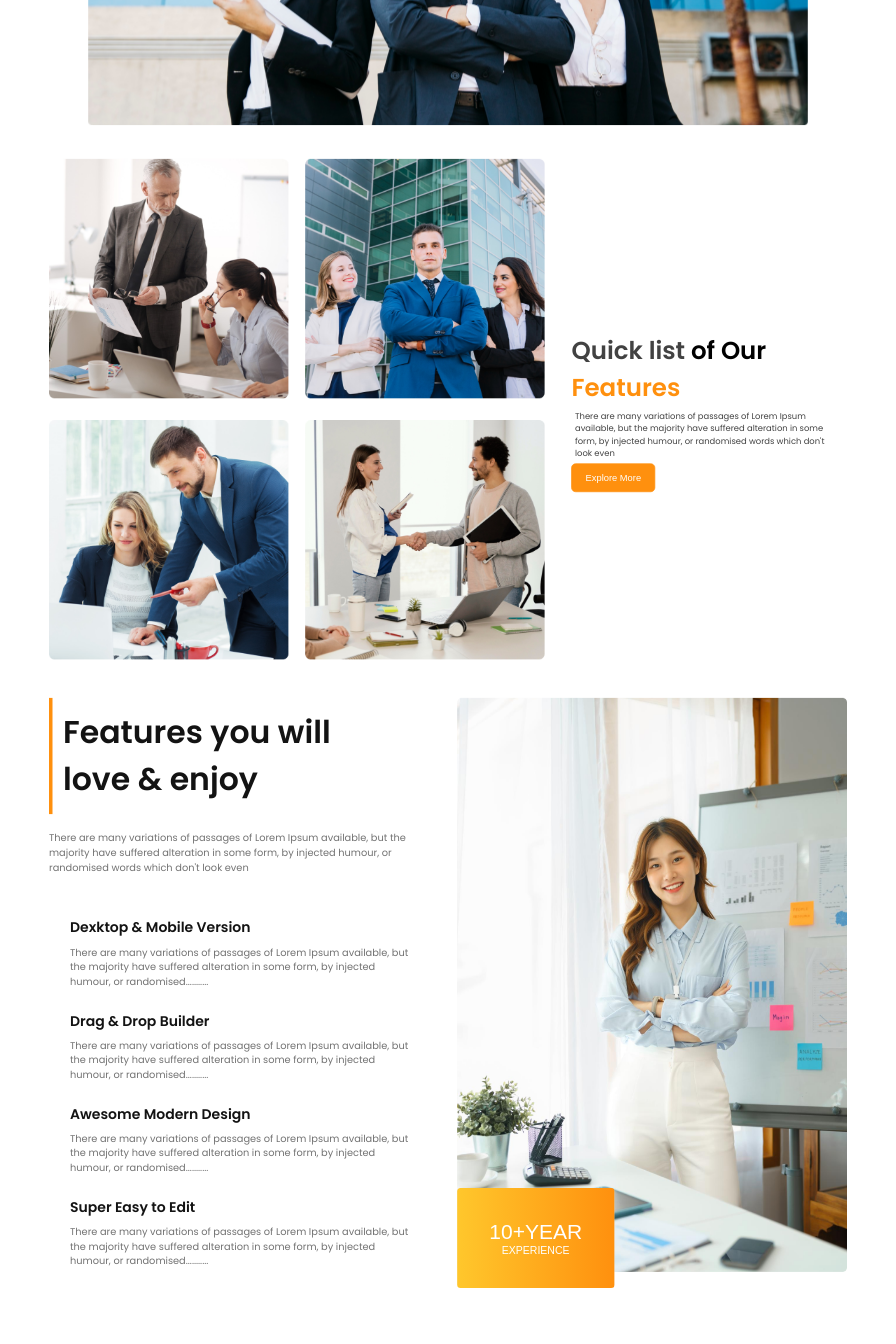
Repository: mdrubel02/G3_Architects
Page: index.html
An editor plug-in stored every save of this project. The page is shown before and after the next save, followed by the edit.
The browser window is 1280 px wide. The pictures show the part of the page from y = 750 to 2670 px (the page is 2670 px tall), at 70% of full size.

Above is the page before, as saved 2023-01-15 10:21:28.

### index.html
<!DOCTYPE html>
<html lang="en">

<head>
    <meta charset="UTF-8">
    <meta http-equiv="X-UA-Compatible" content="IE=edge">
    <meta name="viewport" content="width=device-width, initial-scale=1.0">
    <title>G3 Architects</title>
    <!-------- css link ---------->
    <link rel="stylesheet" href="/style.css">
</head>

<body>
    <!------------- Header section ----------->
    <header class="container">
        <nav>
            <div class="logo">
                <h2>G3 Architects</h2>
            </div>
            <ul class="navigation">
                <li><a href="">Home</a></li>
                <li><a href="">About</a></li>
                <li><a href="">Contact Us</a></li>
                <li><a href="">Login</a></li>
            </ul>
        </nav>
    </header>
    <!----------------- Banner section ---------------->
    <section class="container">
        <div class="banner_section">
            <div class="banner_left">
                <h1>Brand New Group of Architects
                </h1>
                <p>There are many variations of passages of Lorem Ipsum available, but the majority have suffered alteration in some form, by injected humour, or randomised words which don't look even</p>
                <button class="btn-primary">Explore More</button>
            </div>
            <div class="banner_right">
                <img class="banner" src="./images/banner.png" alt="">
            </div>
        </div>
    </section>
    <!------------------ Features Section----------->
    <section class="container">
        <div class="features_section">
            <div class="features_left">
                <div class="features_photos">
                    <img src="./images/team1.png" alt="">
                </div>
                <div class="features_photos">
                    <img src="./images/team2.png" alt="">
                </div>
                <div class="features_photos">
                    <img src="./images/team3.png" alt="">
                </div>
                <div class="features_photos">
                    <img src="./images/team4.png" alt="">
                </div>
            </div>
            <div class="features_right">
                <h1><span class="list">Quick list</span> <span class="our">of Our</span> <span class="feature">Features</span></h1>
                <p>There are many variations of passages of Lorem Ipsum available, but the majority have suffered alteration in some form, by injected humour, or randomised words which don't look even</p>
                <button class="btn btn-secondary">Explore More</button>
            </div>
        </div>
    </section>
    <!------------------features_destiny ----------->
    <section class="container">
        <div class="features_destiny">
            <div class="features_destiny_left">
                <div class="features_destiny_title">
                    <h1>Features you will love & enjoy</h1>
                </div>
                <p>There are many variations of passages of Lorem Ipsum available, but the majority have suffered alteration in some form, by injected humour, or randomised words which don't look even</p>
                <div class="feature_destiny_body">
                    <h3>Dexktop & Mobile Version</h3>
                    <p>There are many variations of passages of Lorem Ipsum available, but the majority have suffered alteration in some form, by injected humour, or randomised...........</p>
                    <h3>Drag & Drop Builder</h3>
                    <p>There are many variations of passages of Lorem Ipsum available, but the majority have suffered alteration in some form, by injected humour, or randomised...........</p>
                    <h3>Awesome Modern Design</h3>
                    <p>There are many variations of passages of Lorem Ipsum available, but the majority have suffered alteration in some form, by injected humour, or randomised...........</p>
                    <h3>Super Easy to Edit</h3>
                    <p>There are many variations of passages of Lorem Ipsum available, but the majority have suffered alteration in some form, by injected humour, or randomised...........</p>
                </div>

            </div>
            <div class="features_destiny_right">
                <img src="./images/architect.png" alt="">
                <button class="experience_btn"><a href="">10+Year
                    <span>Experience</span></a></button>
            </div>
        </div>
    </section>
</body>

</html>

### style.css
/* =====GOOGLE FONTS====== */
@import url('https://fonts.googleapis.com/css2?family=Poppins:wght@300;400;500;600&display=swap');

/* =====COMMON STYLES====== */
* {
    margin: 0;
    padding: 0;
    border: 0;
    outline: 0;
    list-style: none;
    text-decoration: none;
}

body {
    font-family: 'Poppins', sans-serif;
}
.container {
    max-width: 1200px;
    margin: 0 auto;
    padding: 0 30px;
    margin-bottom: 3rem;
    box-sizing: border-box;
}

a {
    color: #fff;
    transition: all 400ms ease;
}

a:hover {
    color: #fff;
}

.btn {
    text-align: center;
    width: max-content;
    display: inline-block;
    color: #fff;
    padding: 0.75rem 1.2rem;
    border-radius: 0.4rem;
    border: 1px solid #FF900E;
    transition: all 400ms ease;
    cursor: pointer;
}
.btn-secondary {
    background: #FF900E;
    color: #fff;
}
.btn:hover {
    background: #fff;
    color:  #FF900E;
    border: 1px solid  #FF900E;
}

.btn-primary {
    outline: 0;
    border: 0;
    padding: 15px 20px;
    color: #fff;
    font-size: 18px;
    text-transform: uppercase;
    border-radius: 5px;
    background-image: linear-gradient(90deg, #FF900E, #FFC72C);
    cursor: pointer;
    box-shadow:0 7px 0 #FF900E ;
    position: relative;
    top: 0;
}
.btn-primary:active{
    top: 5px;
    box-shadow:0 2px 0 #FF900E ;
}
/*<=============== style header section=================> */
nav{
    display: flex;
    justify-content: space-between;
    height: 80px;
    align-items: center;
}
.navigation{
    display: flex;
}
.navigation li{
    list-style: none;
    margin: 10px;
}
.navigation li a{
    color: #424242;
    font-size: 20px;
    font-weight: 500;
    text-decoration: none;
    padding: 15px 10px;
}
.logo h2{
    font-size: 40px;
    font-weight: 700;
    /* text-align: center; */
}
/* <=============== banner section style ===============> */
.banner_section{
    display: flex;
    flex-direction: column;
    justify-content: center;
    align-items: center;
    gap: 3rem;
}
.banner_left{
    display: flex;
    flex-direction: column;
    justify-content: center;
    align-items: center;
    text-align: center;

}
.banner_left h1{
    font-size: 50px;
    font-weight: 700;
    color: #131313;
    width: 700px;
}
.banner_left p{
    color: #727272;
    font-size: 14px;
    width: 800px;
    text-align: center;
    padding: 5px;
}
.banner_right{
    width: 100%;
    display: flex;
    overflow: hidden;
    justify-content: center;
    align-items: center;
}
.banner{
    height: 500px;
}
/* ============== Style Feature section ============= */
.features_section{
    display: grid;
    grid-template-columns: 1fr 1fr;
    gap: 2.4rem;
}
.features_left{
    display: grid;
    grid-template-columns: repeat(2, 1fr);
    gap: 1.5rem;
}
.features_right{
    display: flex;
    flex-direction: column;
    justify-content: center;
    align-items: flex-start;
}
.features_right h1{
    font-size: 35px;
    font-weight: 700;
}
.features_right p{
    color: #424242;
    font-size: 12px;
    padding: 5px;
}
.list{
    color: #424242;
}
.feature{
    color: #FF900E;
}
/*============== Style features_destiny ============== */
.features_destiny{
    display: grid;
    grid-template-columns: repeat(2, 1fr);
    gap: 2rem;
}
.features_destiny_title{
    color: #131313;
    font-size: 30px;
    width: 450px;
    font-weight: 700;
    position: relative;
    border-left: 5px solid  #FF900E;
    padding: 15px;
    margin-bottom: 24px;
}
.features_destiny_left p{
    font-size: 14px;
    color: #727272;
    margin-bottom: 30px;
}
.feature_destiny_body{
    padding: 30px;
}
.feature_destiny_body h3{
    font-size: 20px;
    font-weight: 600;
    color: #131313;
    margin-bottom: 10px;
}
.features_destiny_right{
    width: 80%;
    position: relative;
}
.features_destiny_right img{
    width: 557px;
    height: 820px;
}
.experience_btn{
    outline: 0;
    border: 0;
    padding: 46px;
    color: #fff;
    font-size: 18px;
    text-transform: uppercase;
    border-radius: 5px;
    background-image: linear-gradient(90deg, #FFC72C, #FF900E);
    cursor: pointer;
    position: absolute;
    top: 80%;
    left: 0;
}
.experience_btn a{
    font-size: 30px;
}
.experience_btn a span{
    font-size: 15px;
    display: block;
}

After the next save:
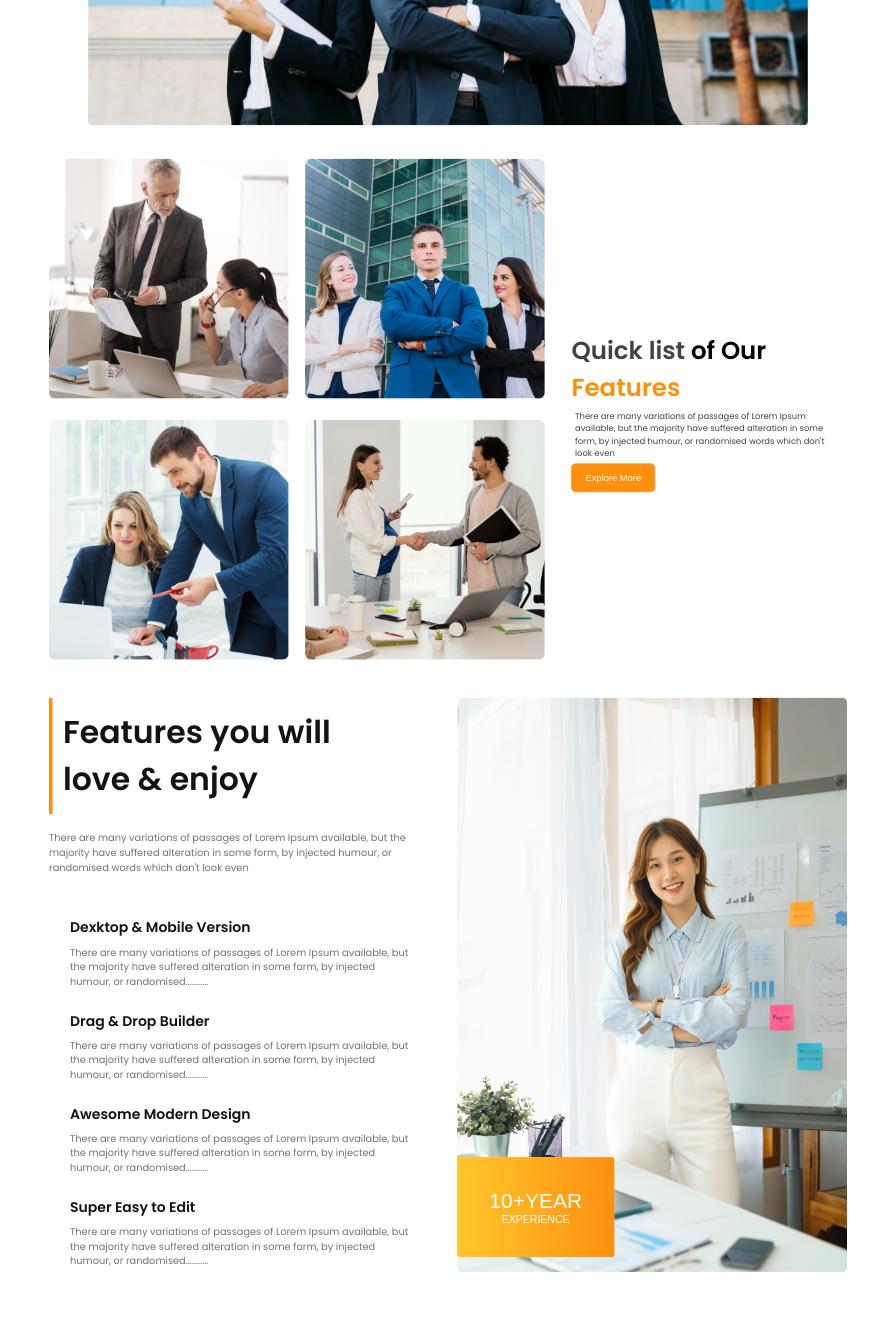
Saved 19 s later.
--- a/style.css
+++ b/style.css
@@ -216,7 +216,7 @@
     background-image: linear-gradient(90deg, #FFC72C, #FF900E);
     cursor: pointer;
     position: absolute;
-    top: 80%;
+    top: 75%;
     left: 0;
 }
 .experience_btn a{
